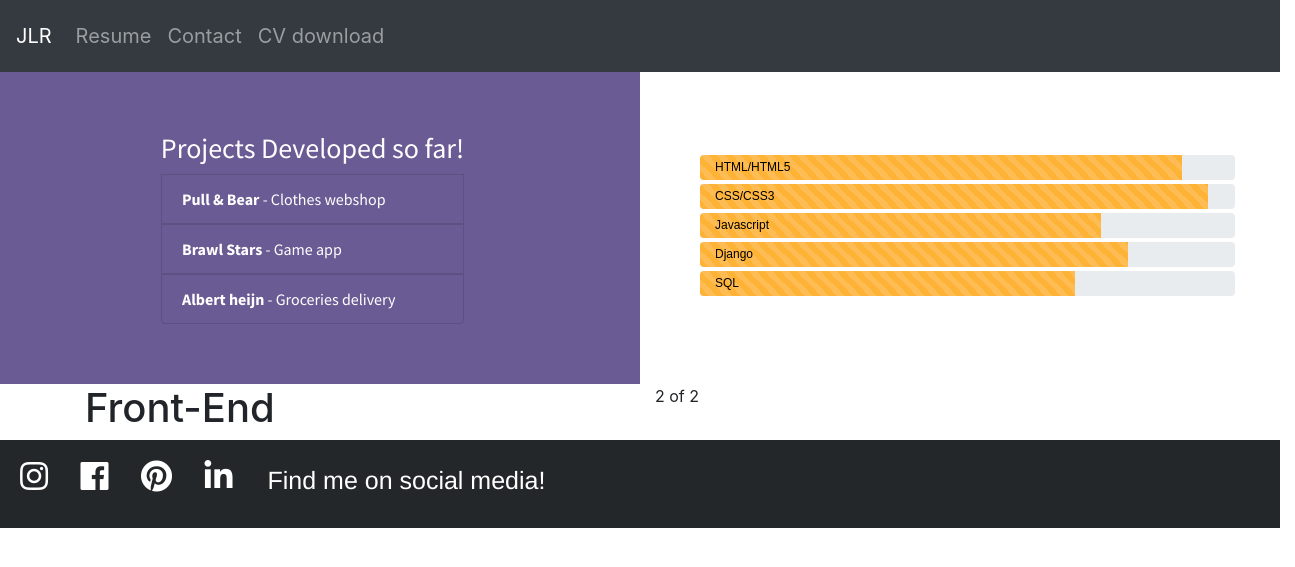
Repository: Kawaiisaki/Portfolio-site
Page: resume.html
The author's editor kept a record of every edit. The page is drawn from the files as they stood at one moment, then again after the next edit.
The browser window is 1280 px wide. The page is 1295 px wide, so the pictures cover 1295 px, including what lies to the right of the window. The pictures show the whole page.
Some web libraries are served in a nearby version.

Above is the page before.

### resume.html
<!DOCTYPE html>
<html lang="en">

<head>
    <meta charset="UTF-8">
    <meta name="viewport" content="width=device-width, initial-scale=1.0">
    <meta http-equiv="X-UA-Compatible" content="ie=edge">
    <link rel="stylesheet" href="https://maxcdn.bootstrapcdn.com/bootstrap/4.2.1/css/bootstrap.min.css" type="text/css" />
    <link rel="stylesheet" href="https://use.fontawesome.com/releases/v5.0.10/css/all.css" integrity="sha384-+d0P83n9kaQMCwj8F4RJB66tzIwOKmrdb46+porD/OvrJ+37WqIM7UoBtwHO6Nlg" crossorigin="anonymous">
    <link rel="stylesheet" href="https://cdnjs.cloudflare.com/ajax/libs/hover.css/2.3.1/css/hover-min.css" type="text/css" />
    <link rel="stylesheet" href="assets/css/style.css" type="text/css" />
    <title>Resume</title>
</head>

<body>
    <header>

        <nav class="navbar sticky-top navbar-expand-lg navbar-dark bg-dark">
            <a class="navbar-brand" href="index.html">JLR</a>
            <button class="navbar-toggler" type="button" data-toggle="collapse" data-target="#navbarSupportedContent" aria-controls="navbarSupportedContent" aria-expanded="false" aria-label="Toggle navigation">
    <span class="navbar-toggler-icon"></span>
  </button>

            <div class="collapse navbar-collapse" id="navbarSupportedContent">
                <ul class="navbar-nav navbar-brand mr-auto">
                    <li class="nav-item">
                        <a class="nav-link" href="resume.html">Resume</a>
                    </li>
                    <li class="nav-item">
                        <a class="nav-link" href="contact.html">Contact</a>
                    </li>
                    <li class="nav-item">
                        <a class="nav-link" href="#">CV download</a>
                    </li>
                </ul>
            </div>
        </nav>
    </header>
    <section>
        <div class="container-fluid">
            <div class="row">
                <div class="col projects">
                    <h3 class="text-center">Projects Developed so far!</h3>
                    <div class="container project-list">
                        <a class="list-group list-group-flush">
                            <a href="https://www.pullandbear.com/" target="_blank" class="list-group-item project-item"><strong>Pull & Bear</strong> - Clothes webshop</a>
                        <a href="https://play.google.com/store/apps/details?id=com.supercell.brawlstars&gl=NL" target="_blank" class="list-group-item project-item"><strong>Brawl Stars</strong> - Game app</a>
                        <a href="https://www.ah.nl/?gclid=CjwKCAiAqqTuBRBAEiwA7B66hWiQgrnYQJU3PeLNCPiqaegNcN4MoA1vTRGlp7dA6K88ZnaGVRotXBoCbbMQAvD_BwE&gclsrc=aw.ds" target="_blank" class="list-group-item project-item"><strong>Albert heijn</strong> - Groceries delivery</a>
                        </ul>
                    </div>
                </div>
                <div class="col bar-skills">
                    <div class="progress">
                        <div class="progress-bar progress-bar-striped" role="progressbar" style="width: 90%" aria-valuenow="90" aria-valuemin="0" aria-valuemax="100"></div>
                        <span class="progres-skill">HTML/HTML5</span>
                    </div>
                    <div class="progress">
                        <div class="progress-bar progress-bar-striped" role="progressbar" style="width: 95%" aria-valuenow="95" aria-valuemin="0" aria-valuemax="100"></div>
                        <span class="progres-skill">CSS/CSS3</span>
                    </div>
                    <div class="progress">
                        <div class="progress-bar progress-bar-striped" role="progressbar" style="width: 75%" aria-valuenow="75" aria-valuemin="0" aria-valuemax="100"></div>

                        <span class="progres-skill">Javascript</span></div>
                    <div class="progress">
                        <div class="progress-bar progress-bar-striped" role="progressbar" style="width: 80%" aria-valuenow="80" aria-valuemin="0" aria-valuemax="100"></div>
                        <span class="progres-skill">Django</span>
                    </div>
                    <div class="progress">
                        <div class="progress-bar progress-bar-striped" role="progressbar" style="width: 70%" aria-valuenow="70" aria-valuemin="0" aria-valuemax="100"></div>
                        <span class="progres-skill">SQL</span>
                    </div>
                </div>
            </div>
        </div>
    </section>
    <section>
        <div class="container">
            <div class="row">
                <div class="col">
                    <h1>Front-End</h1>
                </div>
                <div class="col">
                    2 of 2
                </div>
            </div>
    </section>
    <footer>
        <div class="container-fluid social-icons">
            <div class="row no-gutters ">
                <div class="col-md-auto">
                    <ul class="list-inline social-media-icons">
                        <li class="list-inline-item">
                            <a target="_blank" href="https://www.instagram.com/thekawaiisaki/">
                                <i class="fab fa-instagram fa-2x" aria-hidden="true"></i>
                                <span class="sr-only">Instagram</span>
                            </a>
                        </li>
                        <li class="list-inline-item">
                            <a target="_blank" href="https://www.facebook.com/joellojedorosso">
                                <i class="fab fa-facebook fa-2x"  aria-hidden="true"></i>
                                <span class="sr-only">Facebook</span>
                            </a>
                        </li>
                        <li class="list-inline-item">
                            <a target="_blank" href="https://nl.pinterest.com/jlojedorosso/">
                                <i class="fab fa-pinterest fa-2x" aria-hidden="true"></i>
                                <span class="sr-only">Pinterest</span>
                            </a>
                        </li>
                        <li class="list-inline-item">
                            <a target="_blank" href="https://www.linkedin.com/in/joellojedorosso/">
                                <i class="fab fa-linkedin-in fa-2x" aria-hidden="true"></i>
                                <span class="sr-only">Instagram</span>
                            </a>
                        </li>
                    </ul>
                </div>
                <div class="col">
                    <div>
                        <h3 class="social-text">Find me on social media!</h3>
                    </div>
                </div>
            </div>
        </div>
    </footer>
</body>

</html>

### assets/css/style.css
@import url('https://fonts.googleapis.com/css?family=Source+Sans+Pro:100,200,300,400,500,600,700,800,900&display=swap');

.container-fluid {
  padding-left: 0;
  padding-right: 0;
}

/*---------------------------------------Callout*/

.callout-container {
  height: 88vh;

  background: url('../images/joelgrey.jpg') no-repeat center center fixed;
  -webkit-background-size: cover;
  -moz-background-size: cover;
  -o-background-size: cover;
  background-size: cover;

  display: flex;
  align-items: center;
  justify-content: center;

  position: relative;
}

.transparant-overlay {
  position: absolute;
  top: 0;
  left: 0;
  width: 100%;
  height: 100%;
  background-color: rgba(0, 0, 0, 0.4)
}

.jumbotron {
  background-color: transparent;
}

.name {
  font-family: "Source Sans Pro", sans-serif;
  color: white;
  font-weight: 400;
  margin-bottom: 10px;
  text-shadow: 2px 2px rgba(0, 0, 0, 0.5);
}

.lead {
  color: #ffffff;
  margin: 10px;
  text-decoration: overline;
  text-shadow: 2px 2px rgba(0, 0, 0, 0.5);
}

.fa-code {
  color: #fff;
  text-shadow: 2px 2px rgba(0, 0, 0, 0.5);
}

/*---------------------------------------About-Personal-*/

.about-container {
  height: 50vh;

  background: url('../images/laptop.jpg') no-repeat center center fixed;
  -webkit-background-size: cover;
  -moz-background-size: cover;
  -o-background-size: cover;
  background-size: cover;

  display: flex;
  align-items: center;
  justify-content: center;

  position: relative;
}

.subtitle {
  margin-left: 30px;
  font-family: "helvetica", sans-serif;
  font-weight: 200;
}

.key {
  font-family: "Source Sans Pro", sans-serif;
  padding-left: 30px;
  display: inline-block;
  font-size: 20px;
  width: 33%;
  vertical-align: top;
}

.value {
  display: inline-block;
  font-size: 15px;
  width: 33%;
}

.personal-info {
  padding: 20px;
  background-color: #feb236;
  display: block;
  clear: both;
}


.introduction {
  padding: 20px;
  background-color: #fff;
}

.introduction p {
  margin-left: 30px;
}

.about-me {
  font-family: "Source Sans Pro", sans-serif;
  margin-left: 30px;
}

.fa-user,
.fa-address-card {
  padding-left: 20px;
}

.fa-user {
  color: #feb236;
}

.introduction a {
  margin-left: 30px;
}

/*---------------------------------------Footer*/

.social-text {
  color: #fff;
  font-family: "Helvetica", sans-serif;
  font-weight: 400;
  font-size: 25px;
  padding-top: 15px;
  padding-left: 25px;
}

footer {
  background-color: #24272a;
  min-height: 50px;
  padding: 10px;
}

.social-media-icons li i {
  color: #fff;
  margin: 10px;
}

/*---------------------------------------Additional*/

.uppercase {
  text-transform: uppercase;
}

/*---------------------------------------About page*/

.fa-file-code,
.fa-cogs,
.fa-tasks {
  padding-left: 20px;
}

.white-text {
  color: #fff;
}

/*---------------------------------------About bg colors*/

.what-bg-color {
  background-color: #6b5b95;
}

.how-bg-color {
  background-color: #fff;
}

.why-bg-color {
  background-color: #feb236;
}

/*---------------------------------------Resume page*/

.projects {
  background-color: #6b5b95;
  color: #fff;
  font-family: "Source Sans Pro", sans-serif;
  max-width: 50%;
  padding: 60px;
}

.list-group-item {
  background-color: transparent;
}

.project-item {
  color: #fff;
  text-decoration: none;
  max-width: 60%;
  margin: auto;
}

.project-item:hover {
  text-decoration: none;
  color: #feb236;
}

.front-end,
.back-end {
  font-family: "Source Sans Pro", sans-serif;
  padding: 60px;
}

.back-end {
  background-color: #f6f6f6;
}

.fa-laptop {
  padding-left: 20px;
}

/*---------------------------------------Progress bars*/

.skill-progression {
  font-family: "Source Sans Pro", sans-serif;
}

.progress {
  position: relative;
  margin-bottom: 4px;
  height: 25px;
}

.progres-skill {
  font-family: "Sans Source Pro", sans-serif;
  position: absolute;
  left: 5px;
  font-weight: 400;
  padding: 3px 30px 2px 10px;
  color: #000;
}

.bar-skills {
  margin: auto;
  max-width: 80%;
  padding: 60px;
}

.progress-bar-striped {
  background-color: #feb236;
}

/*---------------------------------------contact page*/

.contact-heading {
  margin: 50px;
}

.contact-title,
.contact-me {
  font-family: "Source Sans Pro", sans-serif;
}

.contact-title {
  font-weight: 200;
}

.btn-primary {
  background-color: #feb236;
  color: #000;
}

button {
  margin: 20px;
}

.form-placement {
  padding-top: 20px;
  max-width: 40%;
  margin: auto;
}

After the next edit:
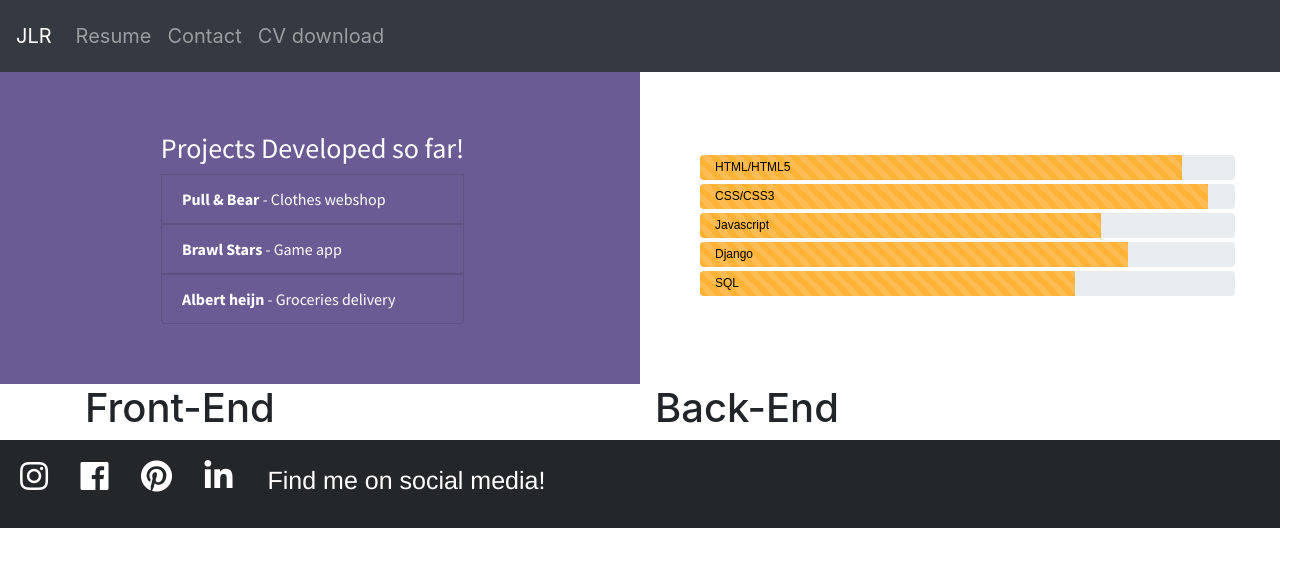
The edit:
--- a/resume.html
+++ b/resume.html
@@ -81,7 +81,7 @@
                     <h1>Front-End</h1>
                 </div>
                 <div class="col">
-                    2 of 2
+                    <h1>Back-End</h1>
                 </div>
             </div>
     </section>
